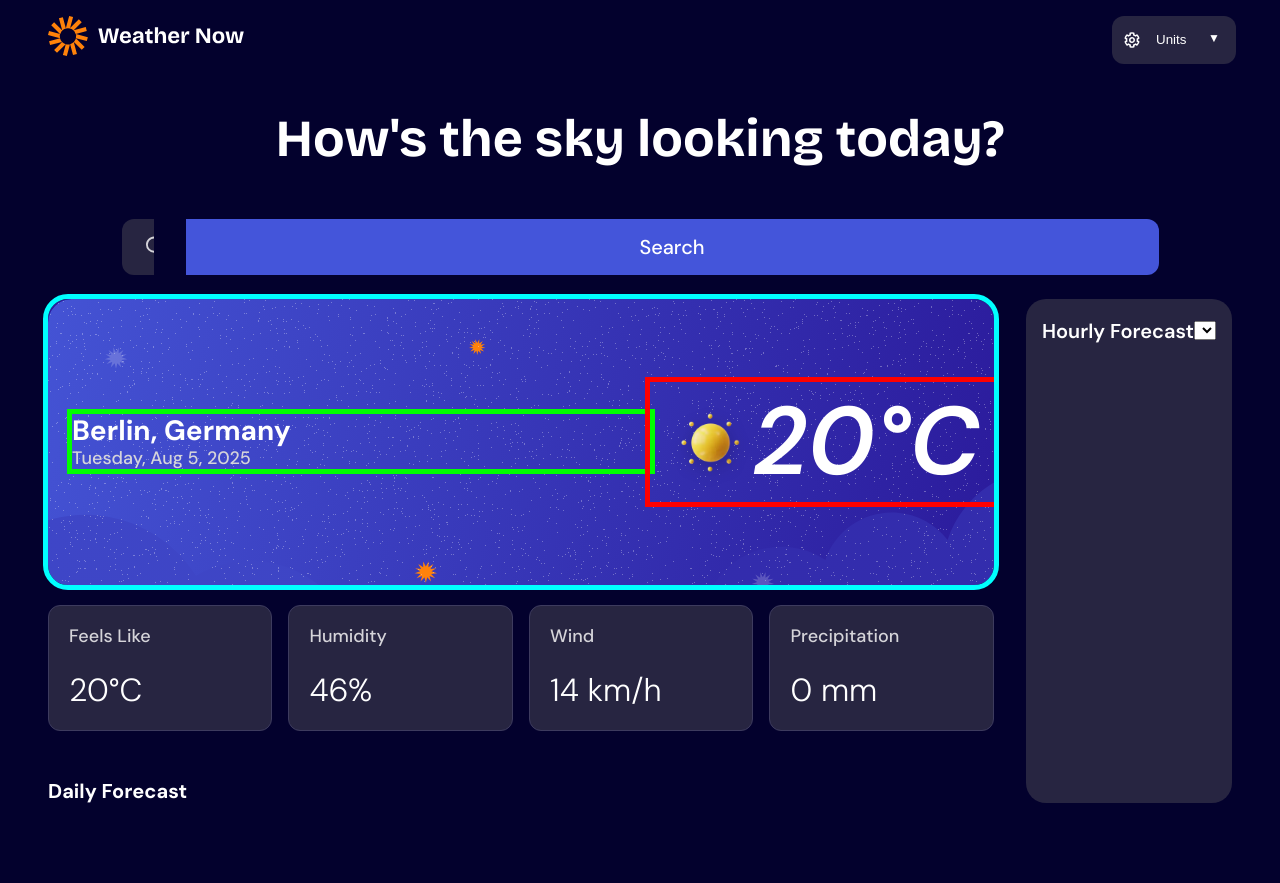
Repository: MKwaak/weather-app-main
Page: index.html
These files come from the project's save history. The page is drawn as it stood at one moment and after the next save; the edit follows.
The browser window is 1280 px wide. The pictures show the whole page.
The page's requests for data from a server got no answer.

Above is the page before, as saved 2026-01-30 00:59:09.

After the next save:
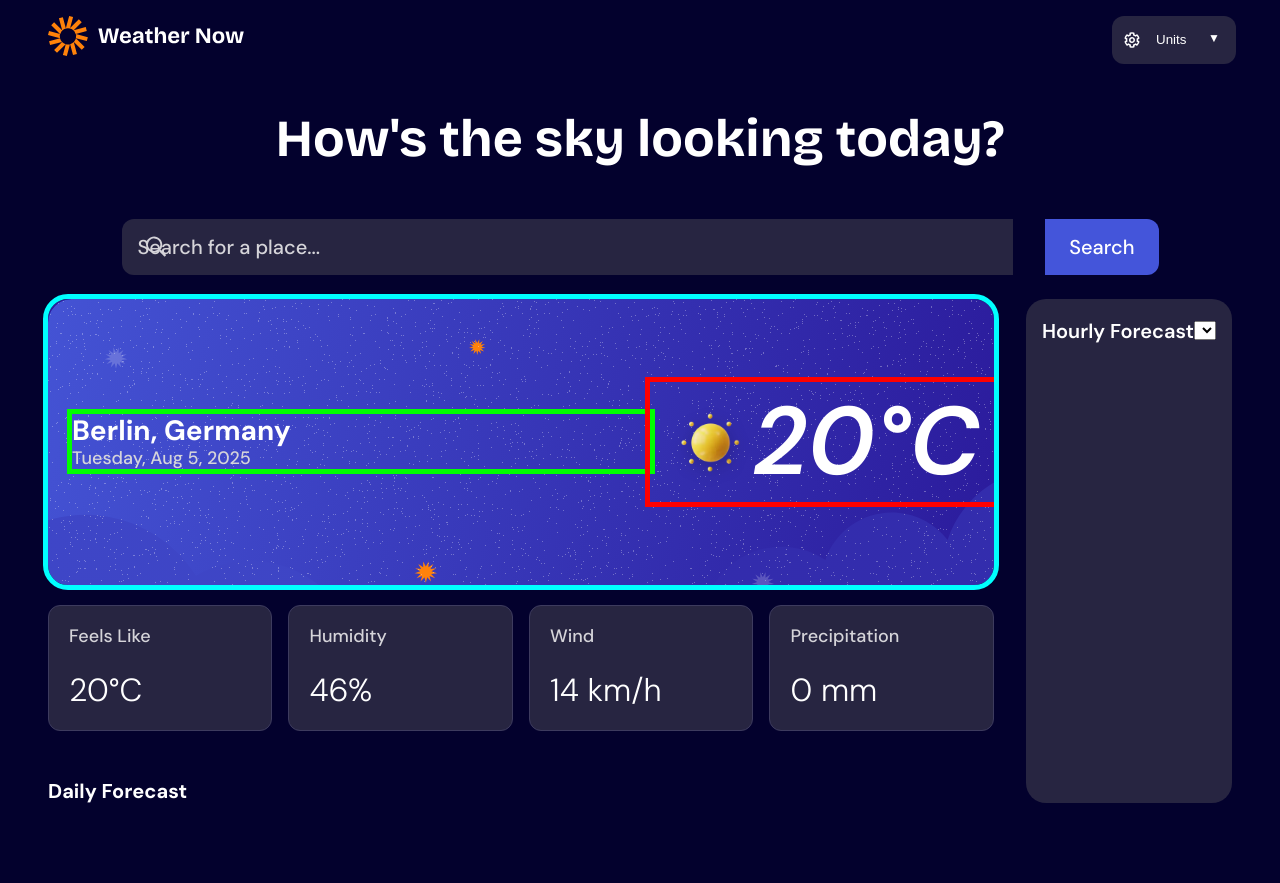
Saved 2 min 58 s later.
--- a/style.css
+++ b/style.css
@@ -415,6 +415,9 @@
     cursor: pointer;
     transition: background-color 120ms ease-in-out;
     font-size: var(--font-size-search);
+    flex-shrink: 0;   /* Voorkomt dat de button wordt platgedrukt */
+    width: auto;      /* Zorgt dat hij alleen de ruimte van de tekst + padding pakt */
+    min-width: 100px; /* Optioneel: geef hem een minimale breedte voor balans */
   }
 
   .hero__button:hover {
